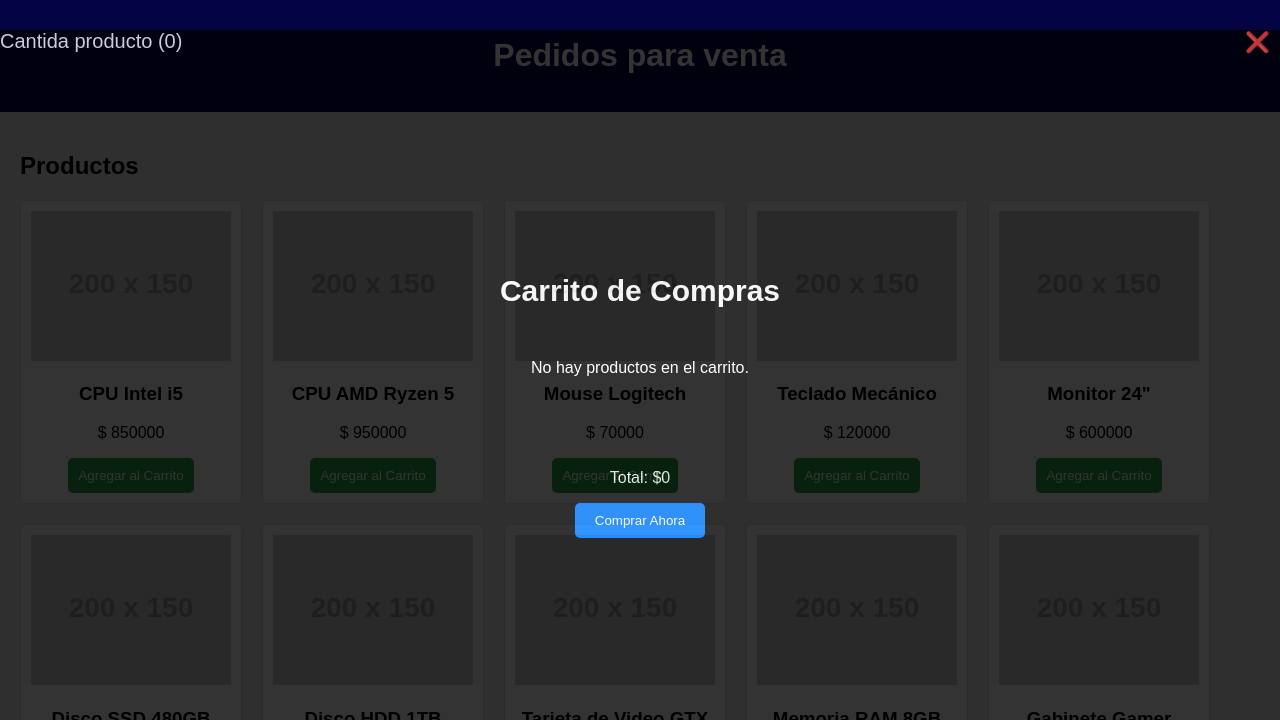
Repository: ye909/RAVPIP
Page: src/templei/ventasPortatil.html
These files come from the project's save history. The page is drawn as it stood at one moment and after the next save; the edit follows.
The browser window is 1280 px wide. The pictures show the window.
A layer covers the whole window, so only the first screen is drawn.

Above is the page before, as saved 2025-04-10 08:40:23.
Console error: ReferenceError: updateCart is not defined

### src/templei/ventasPortatil.html


<!DOCTYPE html>
<html lang="es">
<head>
    <meta charset="UTF-8">
    <meta name="viewport" content="width=device-width, initial-scale=1.0">
    <title>Tienda de Medios Tecnológicos</title>
    <link rel="stylesheet" href="../css/ventas.css">
</head>
<body>
  <header>
    <h1>Pedidos para venta </h1>

  </header>

  <main class="containerCarrito">
    <section id="productos">
      <h2>Productos</h2>
      <div class="product-list" id="product-list">

      </div>
    </section>

    <section id="carrito" class="carrito">
      <di class="containerClose">
        <div>
            <li>Cantida producto (<span id="cart-count">0</span>)</li>
         </div>
        <div id="close">❌</div>
      </di>
      <h2>Carrito de Compras</h2>
      <div id="cart-items">
        <p>No hay productos en el carrito.</p>
      </div>
      <p>Total: $<span id="cart-total">0</span></p>
      <button id="checkout-btn" >Comprar Ahora</button>
    </section>


  </main>

  <!-- <footer>
    <p>&copy; 2023 Tienda de Medios Tecnológicos</p>
  </footer> -->


    <script src="../js/ventas.js"></script>

</body>
</html>

### src/css/ventas.css
body {
  font-family: Arial, sans-serif;
  margin: 0;
  padding: 0;
  background-color: #f4f4f9;
}

header {
  background-color: #040445;
  color: #fff;
  padding: 1rem;
  text-align: center;
}
 li {
list-style: none;
}
main {
  padding: 20px;
  background: #efebeb;

}

.product-list {
  display: flex;
  flex-wrap: wrap;
  gap: 20px;
}
.product {
  background-color: #fff;
  border: 1px solid #ddd;
  border-radius: 5px;
  padding: 10px;
  width: 200px;
  text-align: center;
}

.product img {
  max-width: 100%;
  height: auto;
}

.add-to-cart {
  background-color: #28a745;
  color: #fff;
  border: none;
  padding: 10px;
  cursor: pointer;
  border-radius: 5px;
}

.add-to-cart:hover {
  background-color: #218838;
}
.carrito{
  margin-top: 20px;
}
.carrito > h2{
  margin-top: 220px;
  font-size: 30px;
  }

  #checkout-btn {
    background-color: #007bff;
    color: #fff;
    border: none;
    padding: 10px 20px;
    cursor: pointer;
    border-radius: 5px;
  }

  #checkout-btn:disabled {
    background-color: #ccc;
  }
  .carrito{
    position: fixed;
    top: 10px;
    margin-left: -20px;
 text-align: center;
   background:black;
   width:100%;
   height: 100%;
   color:white;
   opacity: 0.8;
  }
  #cart-items {
    min-height: 100px;
    padding: 10px;
  }
  .containerClose{
    display: flex;
    justify-content: space-between;
    margin-right: 10px;
    font-size: 20px;
    cursor: pointer;
  }
  footer {
    text-align: center;
    padding: 10px;
    background-color: #333;
    color: #fff;
    position: fixed;
    bottom: 0;
    width: 100%;
  }

### src/js/ventas.js


fetch("../js/datos.json")
  .then(response => response.json())
  .then(data =>{

  data.forEach((item)=>{
    const productlist = document.getElementById("product-list")
    const sudcontainer=document.createElement("div")
    sudcontainer.setAttribute("data-id", item.id); // Suponiendo que el JSON tiene un campo "id"
    sudcontainer.setAttribute("data-name", item.name);
    sudcontainer.setAttribute("data-price", item.price);


    sudcontainer.classList.add("product")
    sudcontainer.innerHTML=`
    <img src="${item.image}" alt="Smartphone X">
   <h3>${item.name} </h3>
   <p>$ ${item.price}</p>
   <button class="add-to-cart">Agregar al Carrito</button>
    `
   productlist.appendChild(sudcontainer)
    console.log(productlist)

  })





  const cart = [];
  let cartTotal = 0;

// Función para actualizar el carrito
 function updateCart() {
   const cartItemsDiv = document.getElementById('cart-items');
   const cartCountSpan = document.getElementById('cart-count');
   const cartTotalSpan = document.getElementById('cart-total');
   const checkoutBtn = document.getElementById('checkout-btn');

  // Limpiar el contenido actual del carrito
   cartItemsDiv.innerHTML = '';

   if (cart.length === 0) {
     cartItemsDiv.innerHTML = '<p>No hay productos en el carrito.</p>';
     checkoutBtn.disabled = true;
   } else {
     cart.forEach(item => {
       const itemDiv = document.createElement('div');
       itemDiv.textContent = `${item.name} - $${item.price}`;
       cartItemsDiv.appendChild(itemDiv);
     });
     checkoutBtn.disabled = false;
   }

   // Actualizar el contador y el total
   cartCountSpan.textContent = cart.length;
   cartTotalSpan.textContent = cartTotal.toFixed(2);
 }

 // Agregar productos al carrito
 document.querySelectorAll('.add-to-cart').forEach(button => {
   button.addEventListener('click', () => {
     const productDiv = button.parentElement;
     const productId = productDiv.dataset.id;
     const productName = productDiv.dataset.name;
     const productPrice = parseFloat(productDiv.dataset.price);

//     // Verificar si el producto ya está en el carrito
     const existingItem = cart.find(item => item.id === productId);
     if (existingItem) {
       existingItem.quantity += 1;
     } else {
       cart.push({ id: productId, name: productName, price: productPrice, quantity: 1 });
     }

     // Actualizar el total
     cartTotal += productPrice;

     // Actualizar la vista del carrito
     updateCart();
   });
 });

 document.getElementById("checkout-btn").addEventListener("click",verCarrito)

 function verCarrito() {
  alert("a")
  // const containerCarrito

 }

 document.getElementById("close").addEventListener("click",close)
function close() {
  const carrito=document.getElementById("carrito")

 carrito.style.display="none"
}
} )
 // Inicializar el carrito
 updateCart();

### src/js/datos.json

[
  { "id": 1,
  "name": "CPU Intel i5",
   "price": 850000,
   "image": "https://via.placeholder.com/200x150?text=CPU+Intel+i5" },
  { "id": 2, "name": "CPU AMD Ryzen 5", "price": 950000, "image": "https://via.placeholder.com/200x150?text=Ryzen+5" },
  { "id": 3, "name": "Mouse Logitech", "price": 70000, "image": "https://via.placeholder.com/200x150?text=Mouse" },
  { "id": 4, "name": "Teclado Mecánico", "price": 120000, "image": "https://via.placeholder.com/200x150?text=Teclado" },
  { "id": 5, "name": "Monitor 24\"", "price": 600000, "image": "https://via.placeholder.com/200x150?text=Monitor" },
  { "id": 6, "name": "Disco SSD 480GB", "price": 220000, "image": "https://via.placeholder.com/200x150?text=SSD" },
  { "id": 7, "name": "Disco HDD 1TB", "price": 180000, "image": "https://via.placeholder.com/200x150?text=HDD" },
  { "id": 8, "name": "Tarjeta de Video GTX 1660", "price": 1350000, "image": "https://via.placeholder.com/200x150?text=GPU" },
  { "id": 9, "name": "Memoria RAM 8GB", "price": 140000, "image": "https://via.placeholder.com/200x150?text=RAM+8GB" },
  { "id": 10, "name": "Gabinete Gamer", "price": 250000, "image": "https://via.placeholder.com/200x150?text=Gabinete" },
  { "id": 11, "name": "Fuente de poder 600W", "price": 180000, "image": "https://via.placeholder.com/200x150?text=PSU+600W" },
  { "id": 12, "name": "Mousepad XL", "price": 40000, "image": "https://via.placeholder.com/200x150?text=Mousepad" },
  { "id": 13, "name": "Cooler para CPU", "price": 85000, "image": "https://via.placeholder.com/200x150?text=Cooler" },
  { "id": 14, "name": "Cámara Web HD", "price": 90000, "image": "https://via.placeholder.com/200x150?text=Webcam" },
  { "id": 15, "name": "Audífonos Gamer", "price": 110000, "image": "https://via.placeholder.com/200x150?text=Headset" },
  { "id": 16, "name": "Tarjeta madre Intel", "price": 480000, "image": "https://via.placeholder.com/200x150?text=Motherboard" },
  { "id": 17, "name": "Tarjeta madre AMD", "price": 500000, "image": "https://via.placeholder.com/200x150?text=Motherboard+AMD" },
  { "id": 18, "name": "Router Wi-Fi", "price": 130000, "image": "https://via.placeholder.com/200x150?text=Router" },
  { "id": 19, "name": "Impresora multifuncional", "price": 600000, "image": "https://via.placeholder.com/200x150?text=Impresora" },
  { "id": 20, "name": "USB 64GB", "price": 45000, "image": "https://via.placeholder.com/200x150?text=USB+64GB" },
  { "id": 21, "name": "Disco Externo 2TB", "price": 370000, "image": "https://via.placeholder.com/200x150?text=Disco+Externo" },
  { "id": 22, "name": "Switch de red", "price": 160000, "image": "https://via.placeholder.com/200x150?text=Switch" },
  { "id": 23, "name": "Cable HDMI", "price": 25000, "image": "https://via.placeholder.com/200x150?text=HDMI" },
  { "id": 24, "name": "Cable SATA", "price": 15000, "image": "https://via.placeholder.com/200x150?text=SATA" },
  { "id": 25, "name": "Antena Wi-Fi USB", "price": 30000, "image": "https://via.placeholder.com/200x150?text=Antena+WiFi" },
  { "id": 26, "name": "Adaptador USB-C", "price": 20000, "image": "https://via.placeholder.com/200x150?text=USB-C" },
  { "id": 27, "name": "Soporte Monitor", "price": 60000, "image": "https://via.placeholder.com/200x150?text=Soporte" },
  { "id": 28, "name": "Lector de tarjetas", "price": 28000, "image": "https://via.placeholder.com/200x150?text=Lector" },
  { "id": 29, "name": "Batería portátil", "price": 85000, "image": "https://via.placeholder.com/200x150?text=Power+Bank" },
  { "id": 30, "name": "Hub USB 4 Puertos", "price": 55000, "image": "https://via.placeholder.com/200x150?text=USB+Hub" }
]

After the next save:
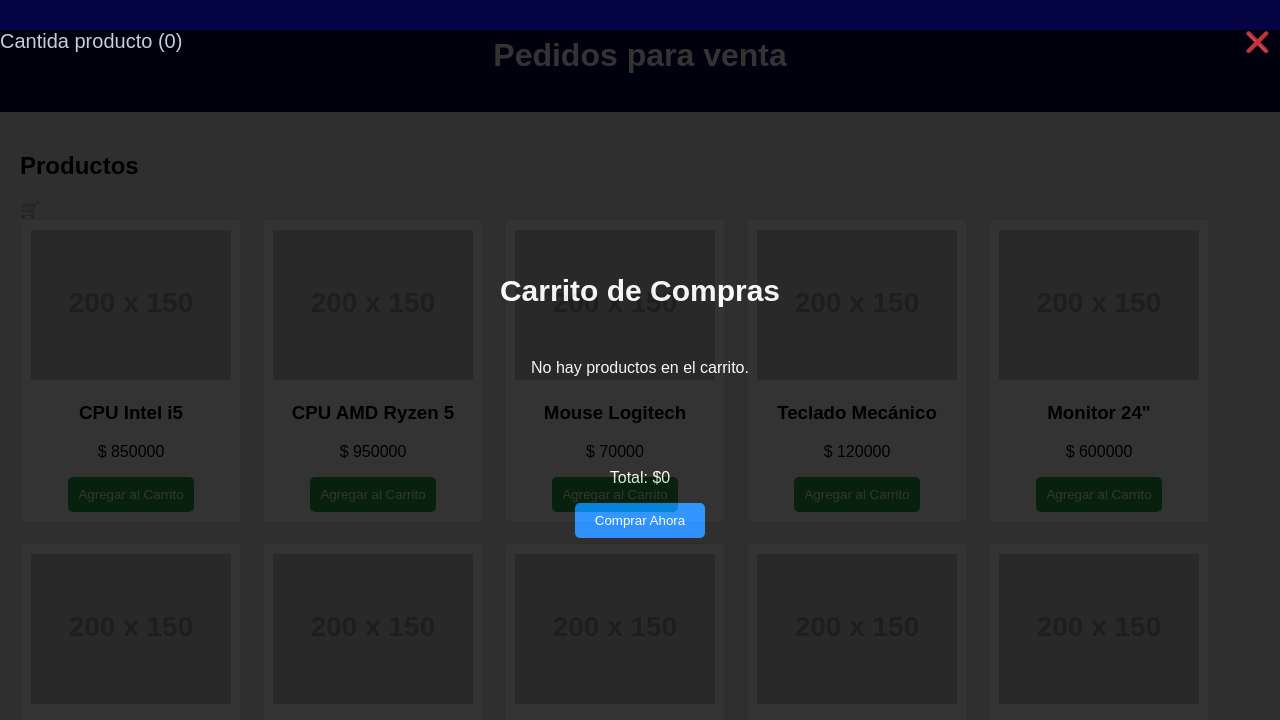
Saved 2 min 35 s later.
--- a/src/templei/ventasPortatil.html
+++ b/src/templei/ventasPortatil.html
@@ -16,7 +16,10 @@
 
   <main class="containerCarrito">
     <section id="productos">
-      <h2>Productos</h2>
+    <div class="containerTituloCarrito">
+      <div>  <h2>Productos</h2></div>
+      <div>🛒</div>
+    </div>
       <div class="product-list" id="product-list">
 
       </div>

After the 2 saves that followed:
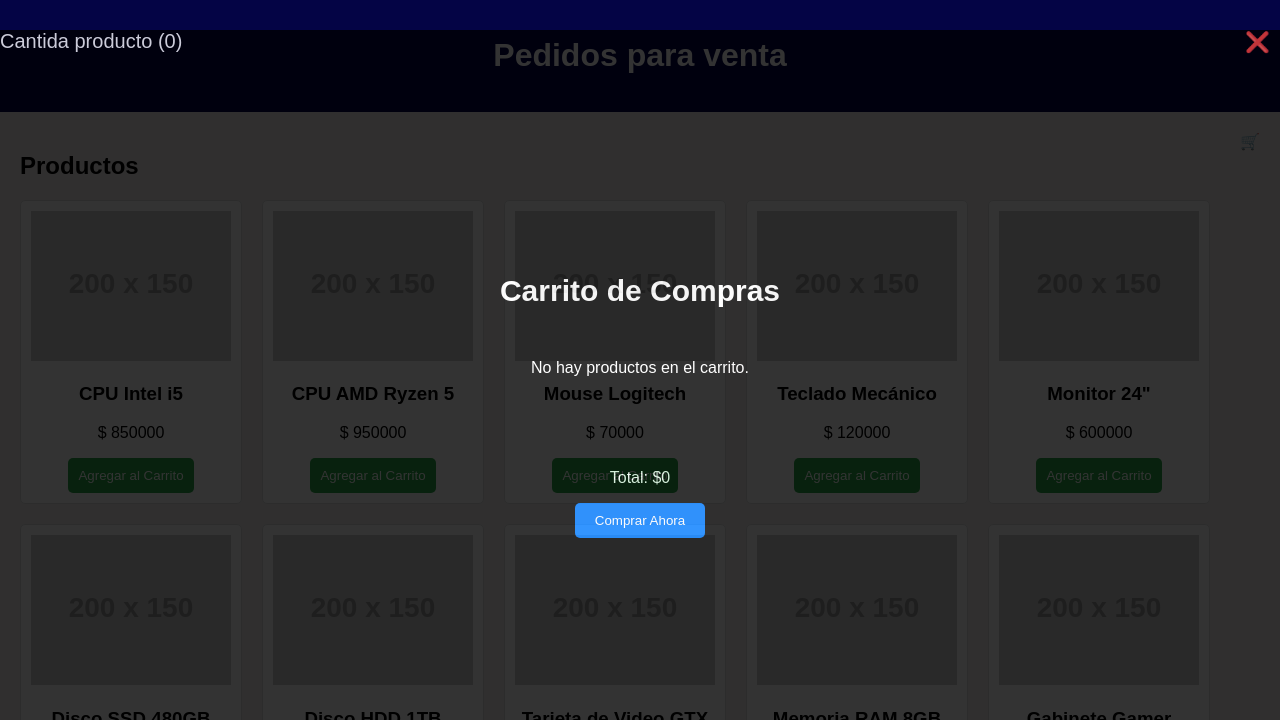
The 2 saves are shown as one change because 1 left the picture as it was.
The last was saved 54 s later.
--- a/src/templei/ventasPortatil.html
+++ b/src/templei/ventasPortatil.html
@@ -17,7 +17,7 @@
   <main class="containerCarrito">
     <section id="productos">
     <div class="containerTituloCarrito">
-      <div>  <h2>Productos</h2></div>
+      <div><h2>Productos</h2></div>
       <div>🛒</div>
     </div>
       <div class="product-list" id="product-list">
--- a/src/css/ventas.css
+++ b/src/css/ventas.css
@@ -86,9 +86,12 @@ main {
     min-height: 100px;
     padding: 10px;
   }
-  .containerClose{
+  :is(.containerTituloCarrito, .containerClose){
     display: flex;
     justify-content: space-between;
+  }
+  .containerClose{
+
     margin-right: 10px;
     font-size: 20px;
     cursor: pointer;
